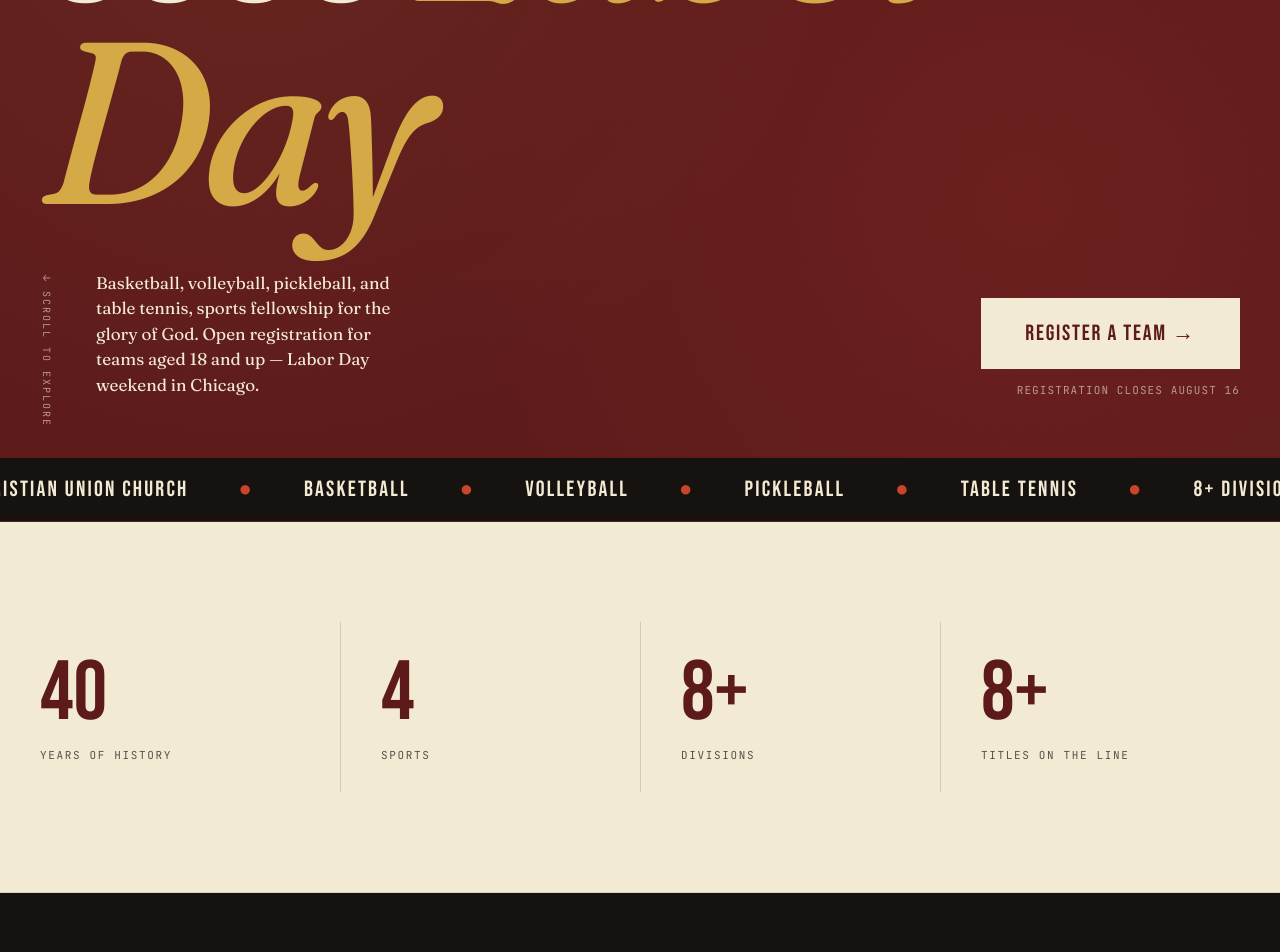
Repository: fakebrianho/lbd
Page: index.html
An editor plug-in stored every save of this project. The page is shown before and after a run of saves, followed by the edit.
The browser window is 1280 px wide. The pictures show the part of the page from y = 394 to 1346 px (the page is 2707 px tall before and 2682 px after).

Above is the page before, as saved 2026-07-09 18:57:48.

After the next 2 saves:
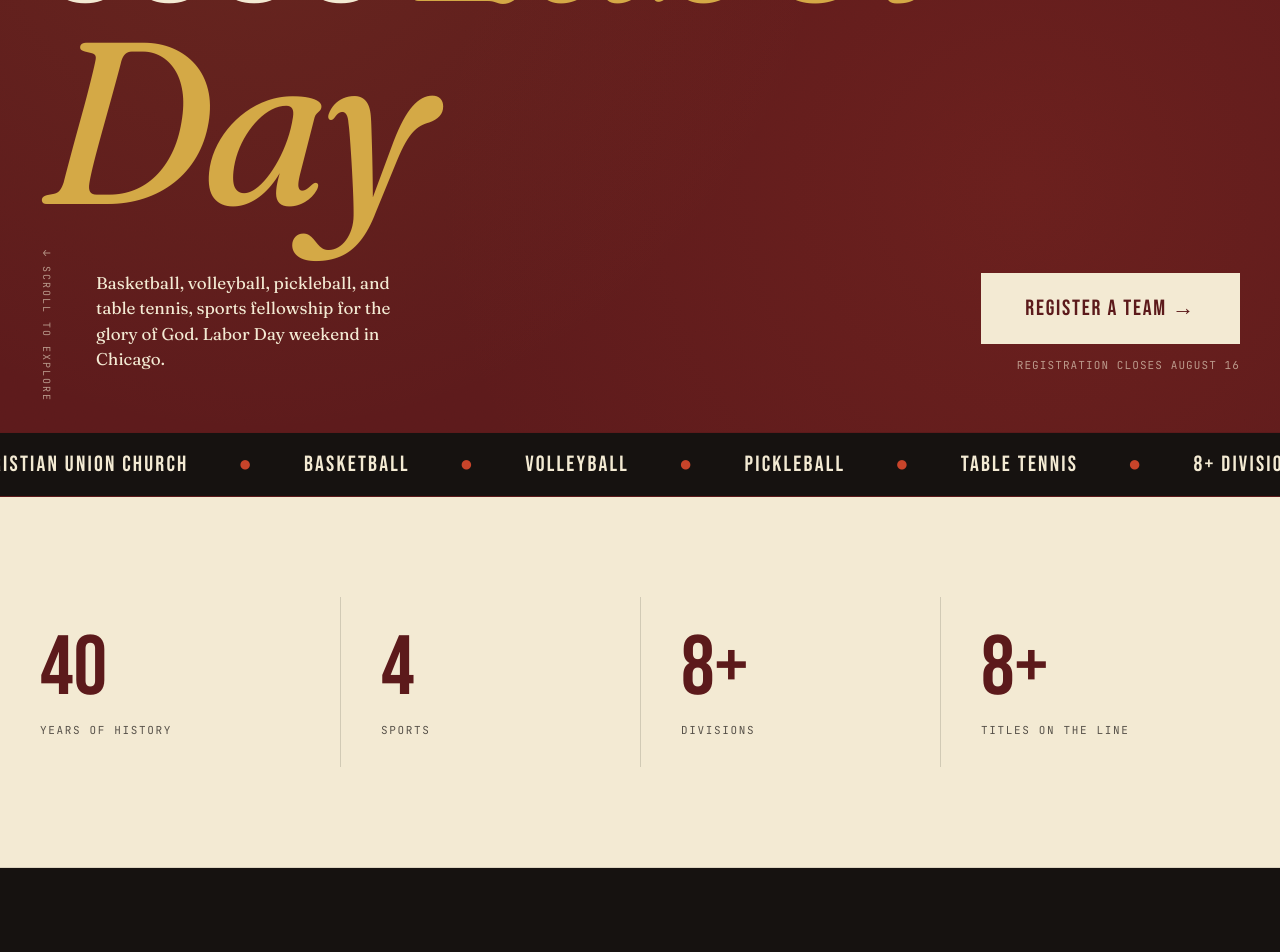
The 2 saves are shown as one change because they came seconds apart.
The last was saved 22 s later.
--- a/index.html
+++ b/index.html
@@ -43,8 +43,7 @@
 
     <div class="hero-info">
       Basketball, volleyball, pickleball, and table
-      tennis, sports fellowship for the glory of God. Open registration for teams aged 18
-      and up — Labor Day weekend in Chicago.
+      tennis, sports fellowship for the glory of God. Labor Day weekend in Chicago.
     </div>
 
     <div class="hero-cta">
